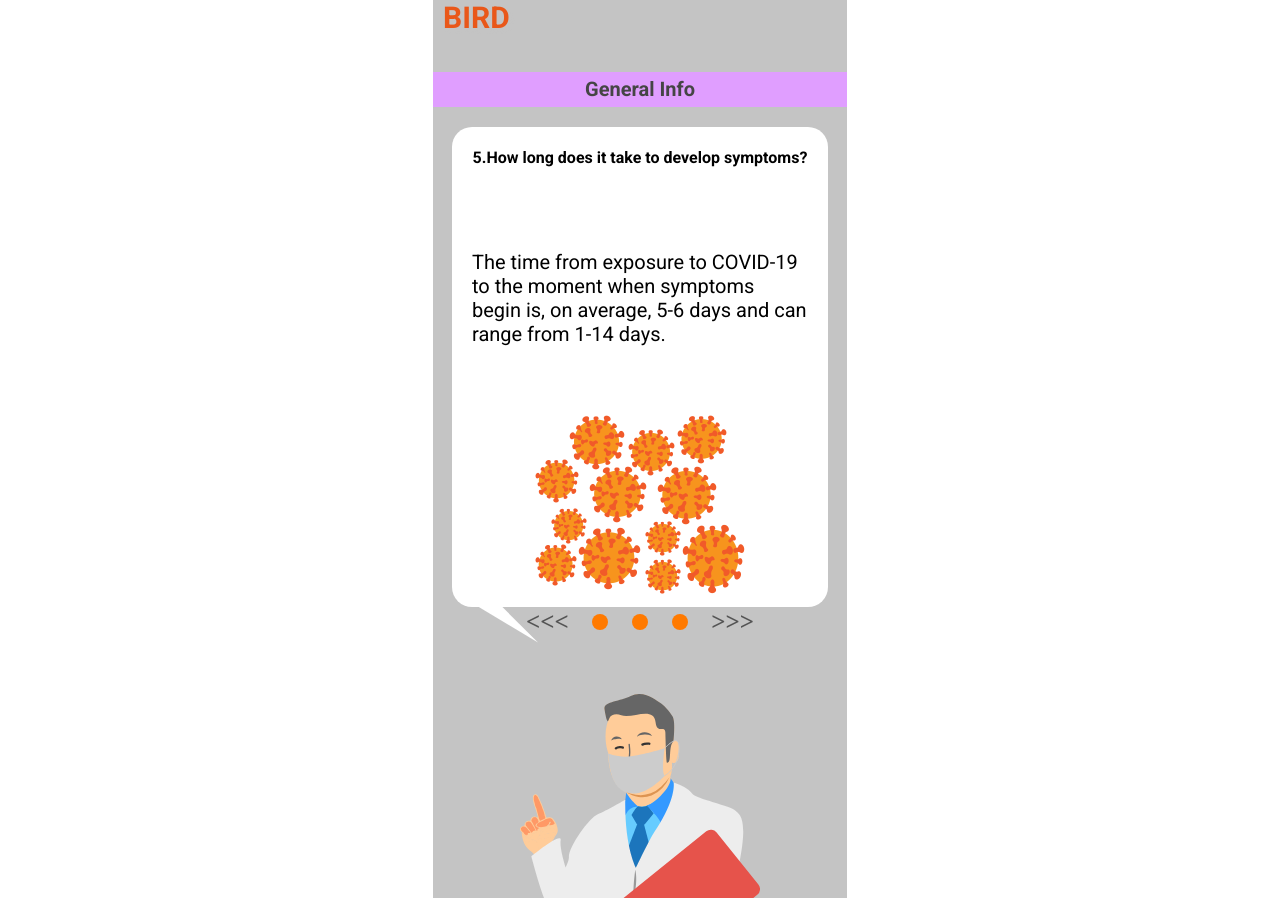
Repository: Levic559/BIRD
Page: General_info-5/1.html
An editor plug-in stored every save of this project. The page is shown before and after the next save, followed by the edit.
The browser window is 1280 px wide. The pictures show the whole page.

Above is the page before, as saved 2021-03-10 21:46:47.

After the next save:
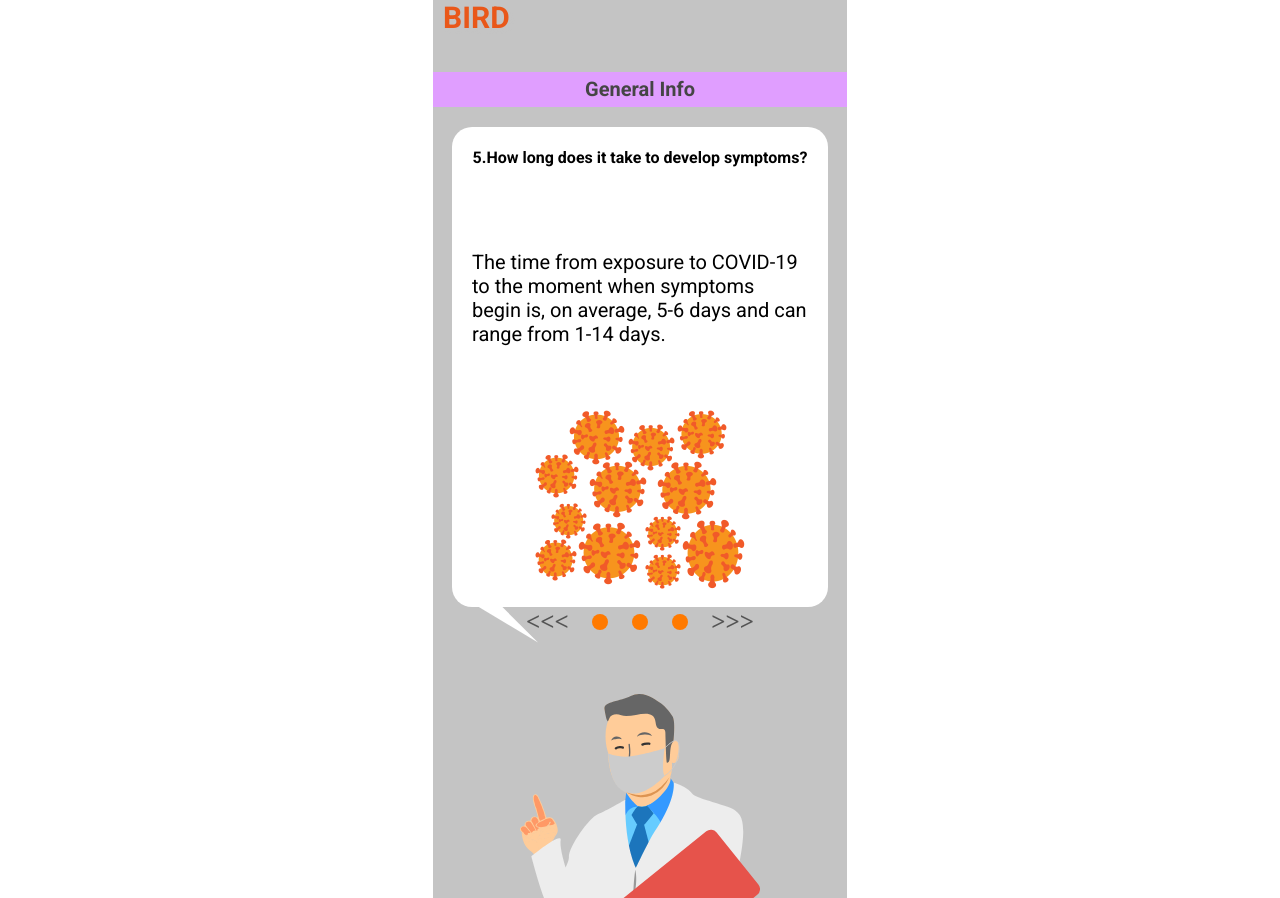
Saved 2 s later.
--- a/General_info-5/1.html
+++ b/General_info-5/1.html
@@ -29,7 +29,7 @@
         <div class="infographicImg" id="vTwo"
         style="
           position: absolute;
-          top: 410px;
+          top: 405px;
           height: 189px;
           opacity: 0;
         ">
@@ -39,7 +39,7 @@
         <div class="infographicImg" id="vThree"
         style="
           position: absolute;
-          top: 410px;
+          top: 405px;
           height: 189px;
           opacity: 0;
         ">
